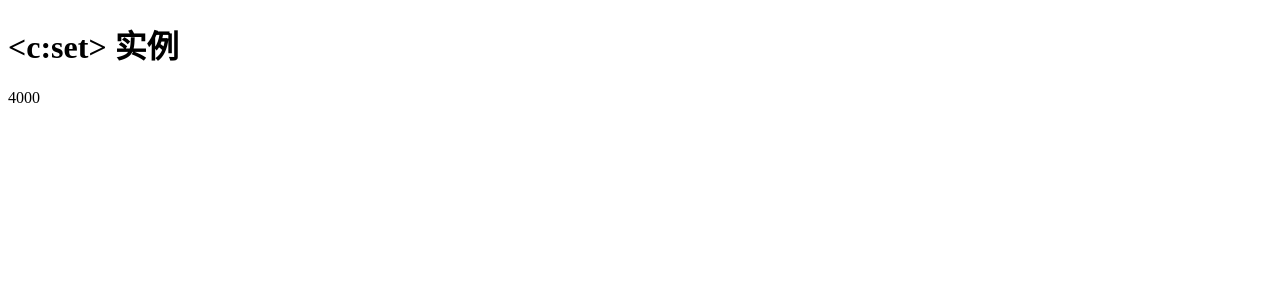
Repository: eterinfi/java
Page: http://localhost/JSPDemo/JSTLDemo/core/c_remove.jsp
The author's editor kept a copy of each file at every save. The page is drawn from the files as they stood at one save, then again after the next save.
The browser window is 1280 px wide. The pictures show the whole page.
The page is served by Tomcat 9. Other server files are loaded and not shown.

Above is the page before, as saved 2016-11-15 12:01:13.

### jee/JSPDemo/WebContent/JSTLDemo/core/c_remove.jsp
<%@ page language="java" contentType="text/html; charset=UTF-8"
    pageEncoding="UTF-8"%>
<%@ taglib uri="http://java.sun.com/jsp/jstl/core" prefix="c" %>
<!DOCTYPE html PUBLIC "-//W3C//DTD HTML 4.01 Transitional//EN" "http://www.w3.org/TR/html4/loose.dtd">
<html>
<head>
  <meta http-equiv="Content-Type" content="text/html; charset=utf-8">
  <title>&lt;c:set&gt; 标签实例</title>
</head>
<body>
  <h1>&lt;c:set&gt; 实例</h1>
  <c:set var="salary" scope="session" value="${2000*2}" />
  <c:out value="${salary}" />
</body>
</html>

After the next save:
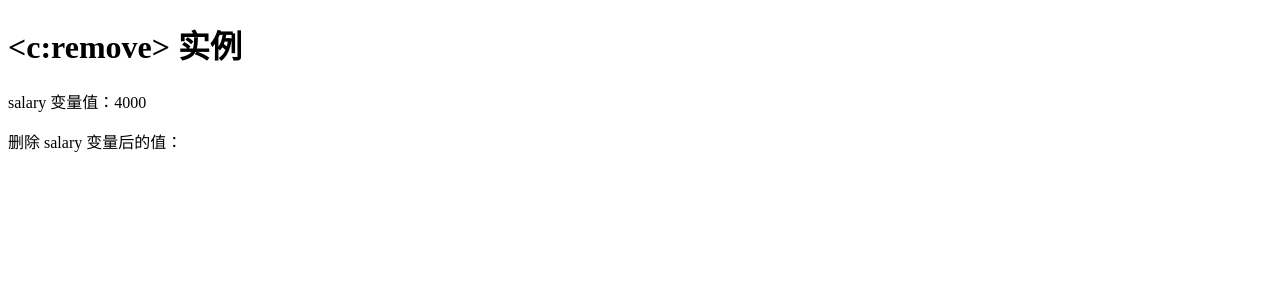
Saved 62 s later.
--- a/jee/JSPDemo/WebContent/JSTLDemo/core/c_remove.jsp
+++ b/jee/JSPDemo/WebContent/JSTLDemo/core/c_remove.jsp
@@ -5,11 +5,13 @@
 <html>
 <head>
   <meta http-equiv="Content-Type" content="text/html; charset=utf-8">
-  <title>&lt;c:set&gt; 标签实例</title>
+  <title>&lt;c:remove&gt; 标签实例</title>
 </head>
 <body>
-  <h1>&lt;c:set&gt; 实例</h1>
+  <h1>&lt;c:remove&gt; 实例</h1>
   <c:set var="salary" scope="session" value="${2000*2}" />
-  <c:out value="${salary}" />
+  <p>salary 变量值：<c:out value="${salary}" /></p>
+  <c:remove var="salary" />
+  <p>删除 salary 变量后的值：<c:out value="${salary}" /></p>
 </body>
 </html>
